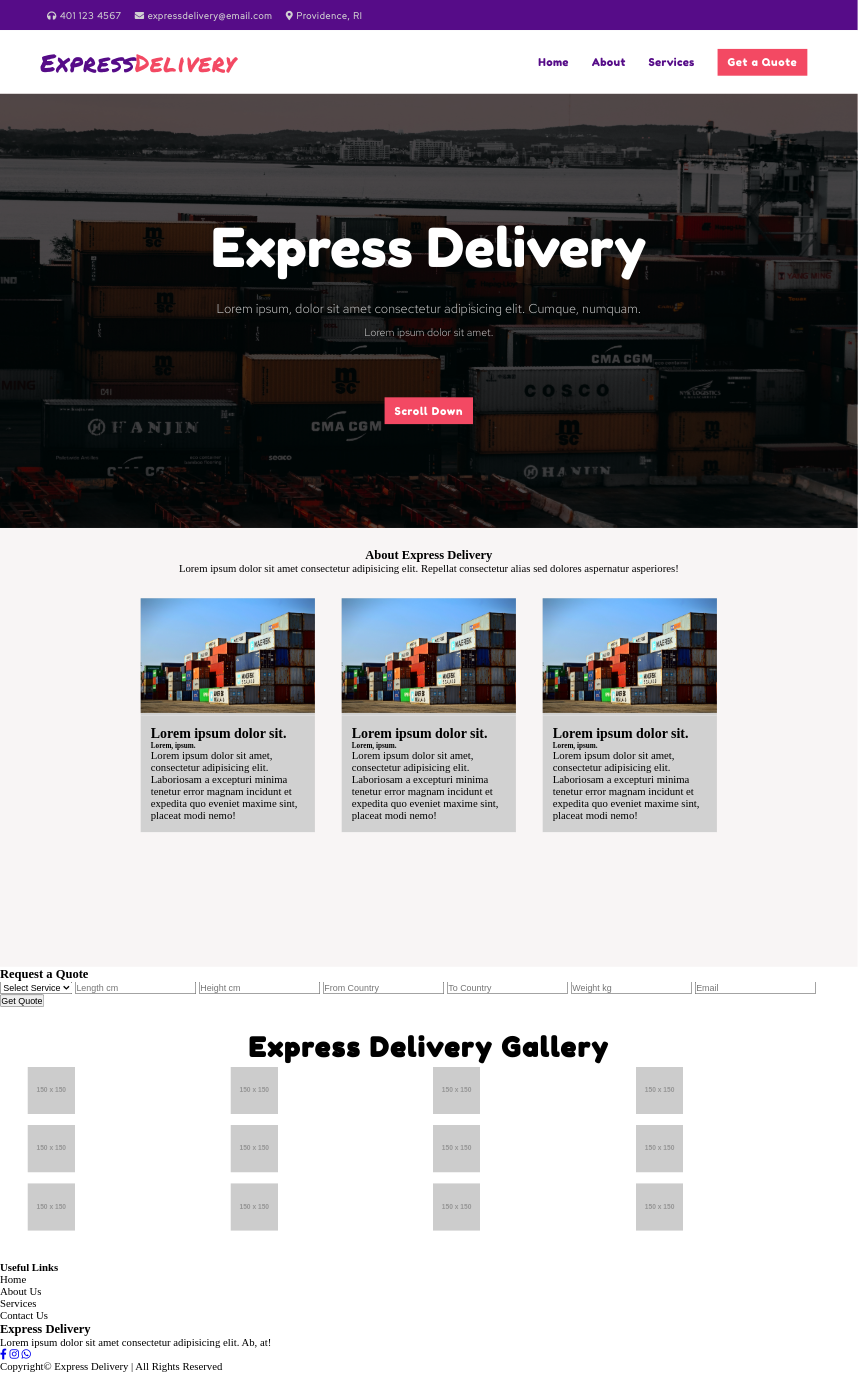
Repository: just-mann/express-delivery
Page: index.html
An editor plug-in stored every save of this project. The page is shown before and after the next save, followed by the edit.
The browser window is 1280 px wide. The pictures show the whole page, at 67% of full size.
The style sheet was rebuilt from its Sass, Less or Tailwind sources for each picture, by a compiler version that may differ from the author's.

Above is the page before, as saved 2021-06-30 15:58:39.

After the next save:
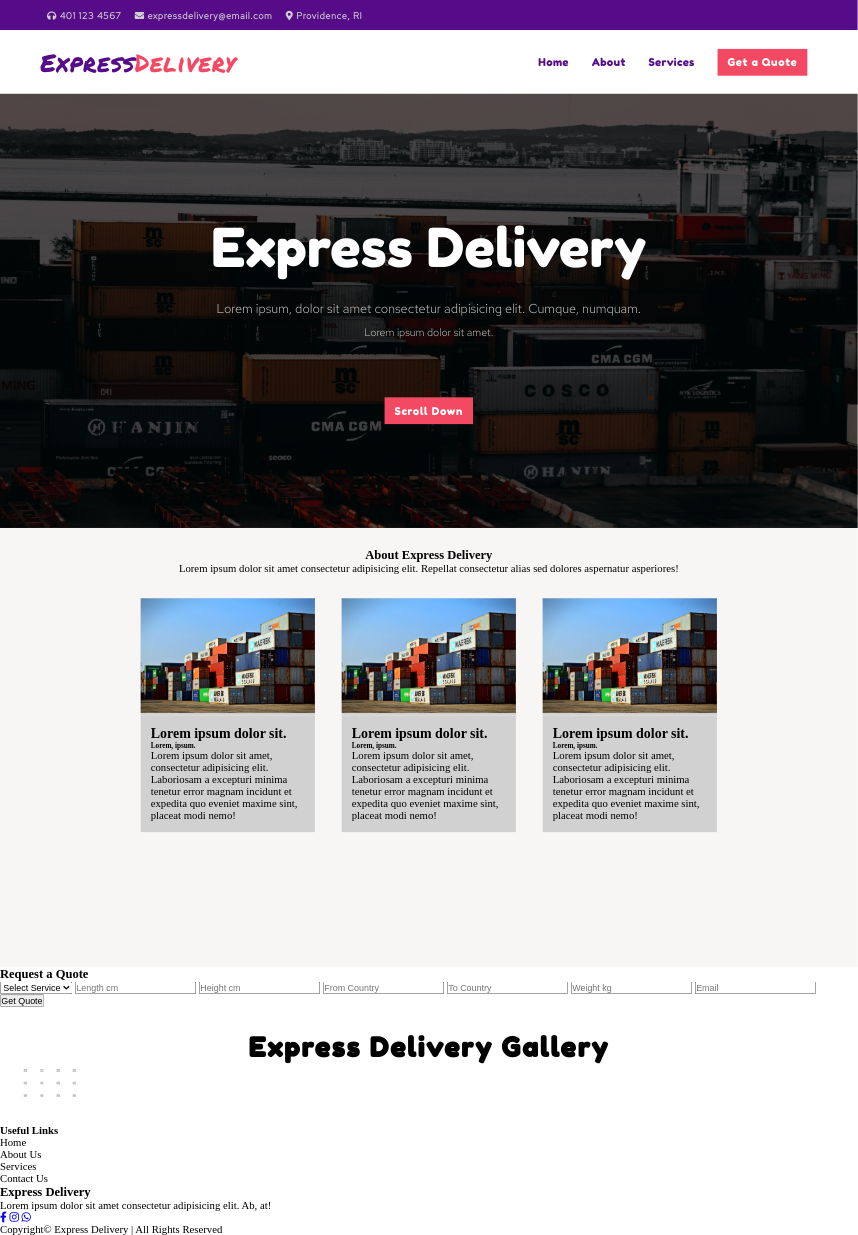
Saved 17 s later.
--- a/Sass/style.scss
+++ b/Sass/style.scss
@@ -238,7 +238,7 @@ header {
         @include ClearFix;
         // padding: 35px;
         display: grid;
-        grid-template-columns: repeat(4, 1fr)  ;
+        grid-template-columns: repeat(4, 2%)  ;
 
         li {
             @include grid(4, 2%);
